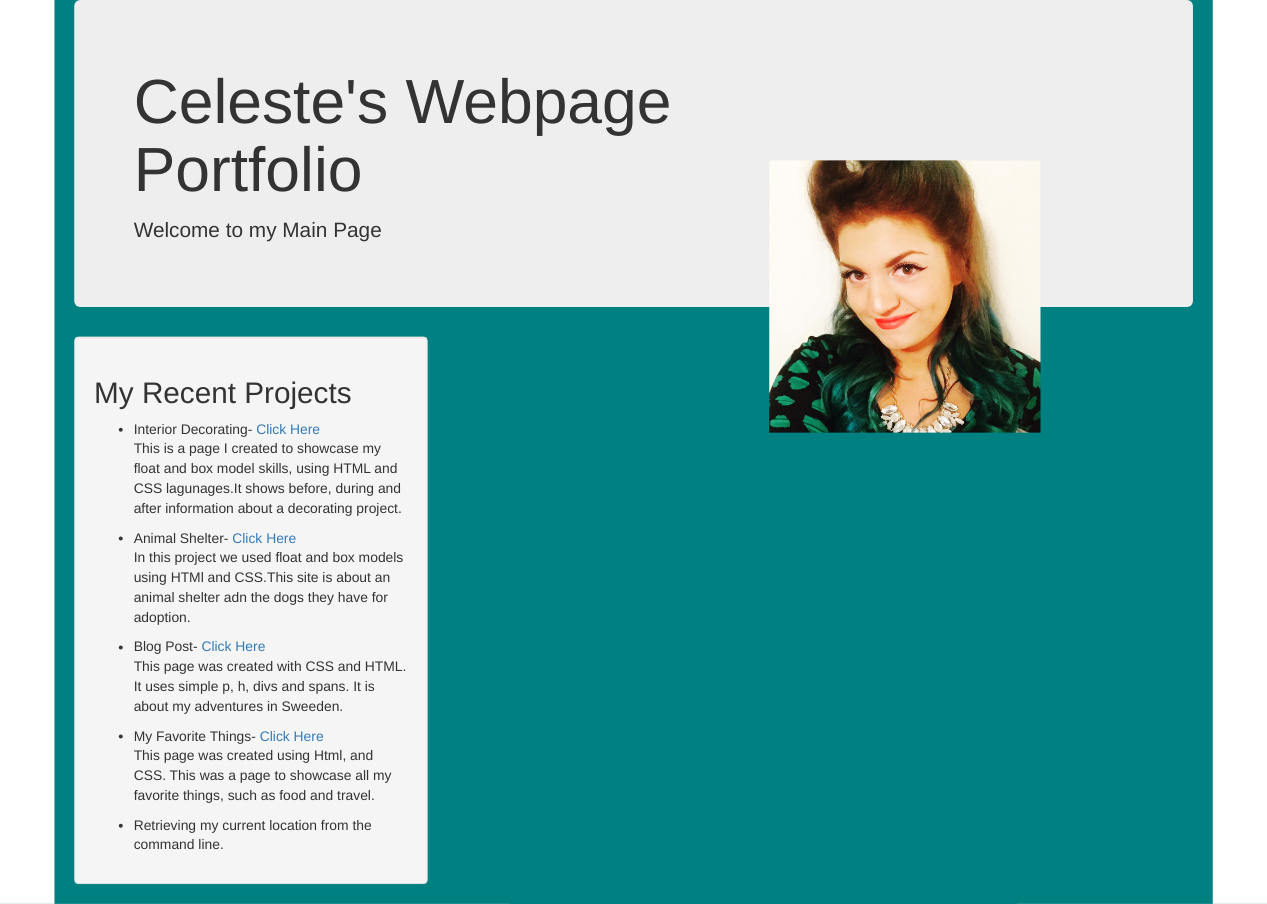
Repository: fieldceleste/portfolio-celeste
Page: portfolio-celeste.html
The author's editor kept a copy of each file at every save. The page is drawn from the files as they stood at one save, then again after the next save.
The browser window is 1280 px wide. The pictures show the whole page, at 99% of full size.

Above is the page before, as saved 2019-11-01 15:51:21.

After the next save:
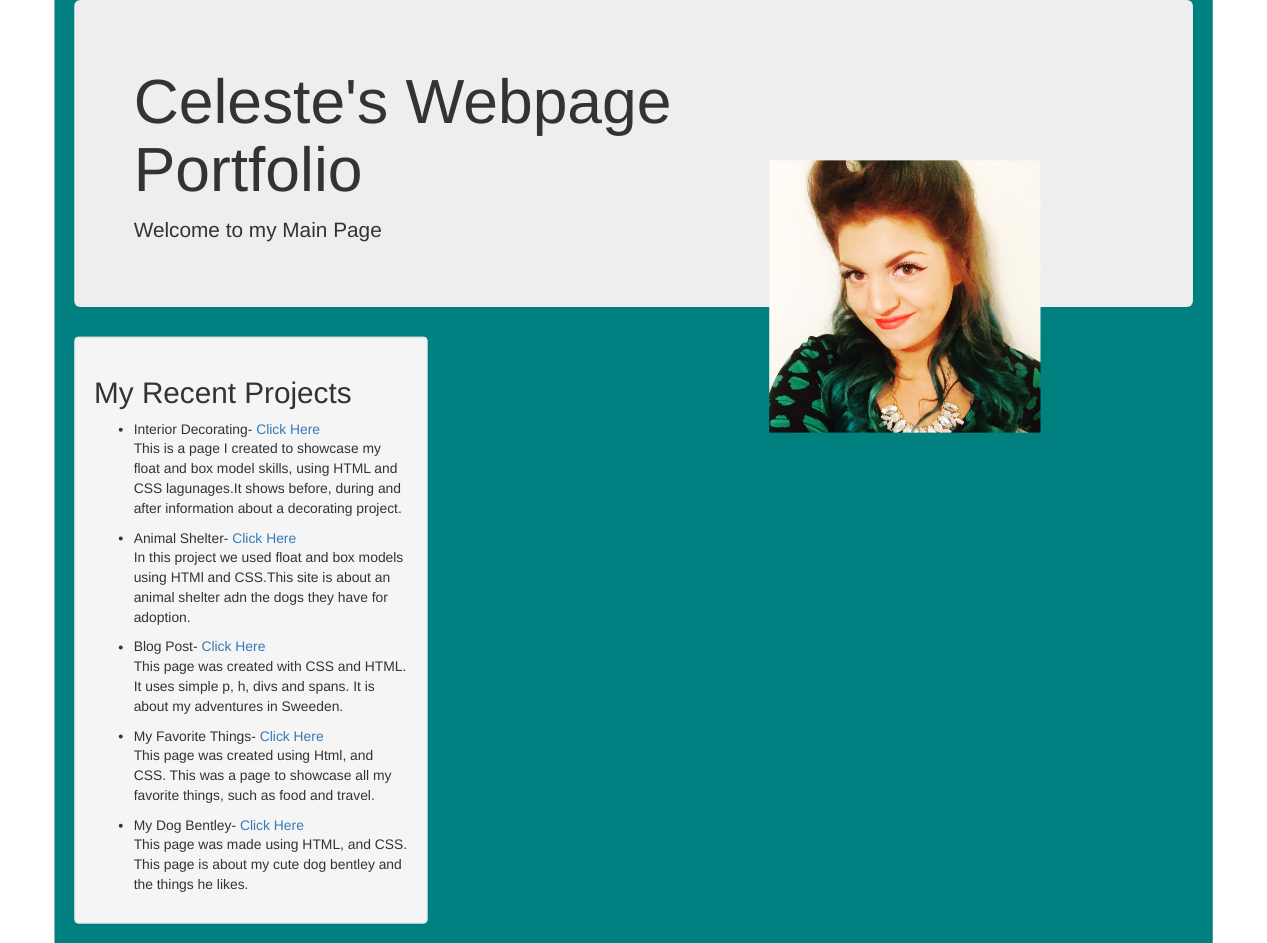
Saved 20 min 35 s later.
--- a/portfolio-celeste.html
+++ b/portfolio-celeste.html
@@ -20,7 +20,7 @@
                   <li>Animal Shelter- <a herf="https://github.com/fieldceleste/animal-shelter">Click Here</a><p>In this project we used float and box models using HTMl and CSS.This site is about an animal shelter adn the dogs they have for adoption. </p></li>
                   <li> Blog Post- <a herf="https://github.com/fieldceleste/blog-post">Click Here</a><p>This page was created with CSS and HTML. It uses simple p, h, divs and spans. It is about my adventures in Sweeden. </p></li>
                   <li>My Favorite Things- <a herf="https://github.com/fieldceleste/my-first-webpage/blob/master/my-favorite-foods.html">Click Here</a><p>This page was created using Html, and CSS. This was a page to showcase all my favorite things, such as food and travel.</p></li>
-                  <li>Retrieving my current location from the command line.</li>
+                  <li>My Dog Bentley- <a herf="https://github.com/fieldceleste/Bentley">Click Here</a><p>This page was made using HTML, and CSS. This page is about my cute dog bentley and the things he likes.</p></li>
                 </ul>
               </div>
             </div>
